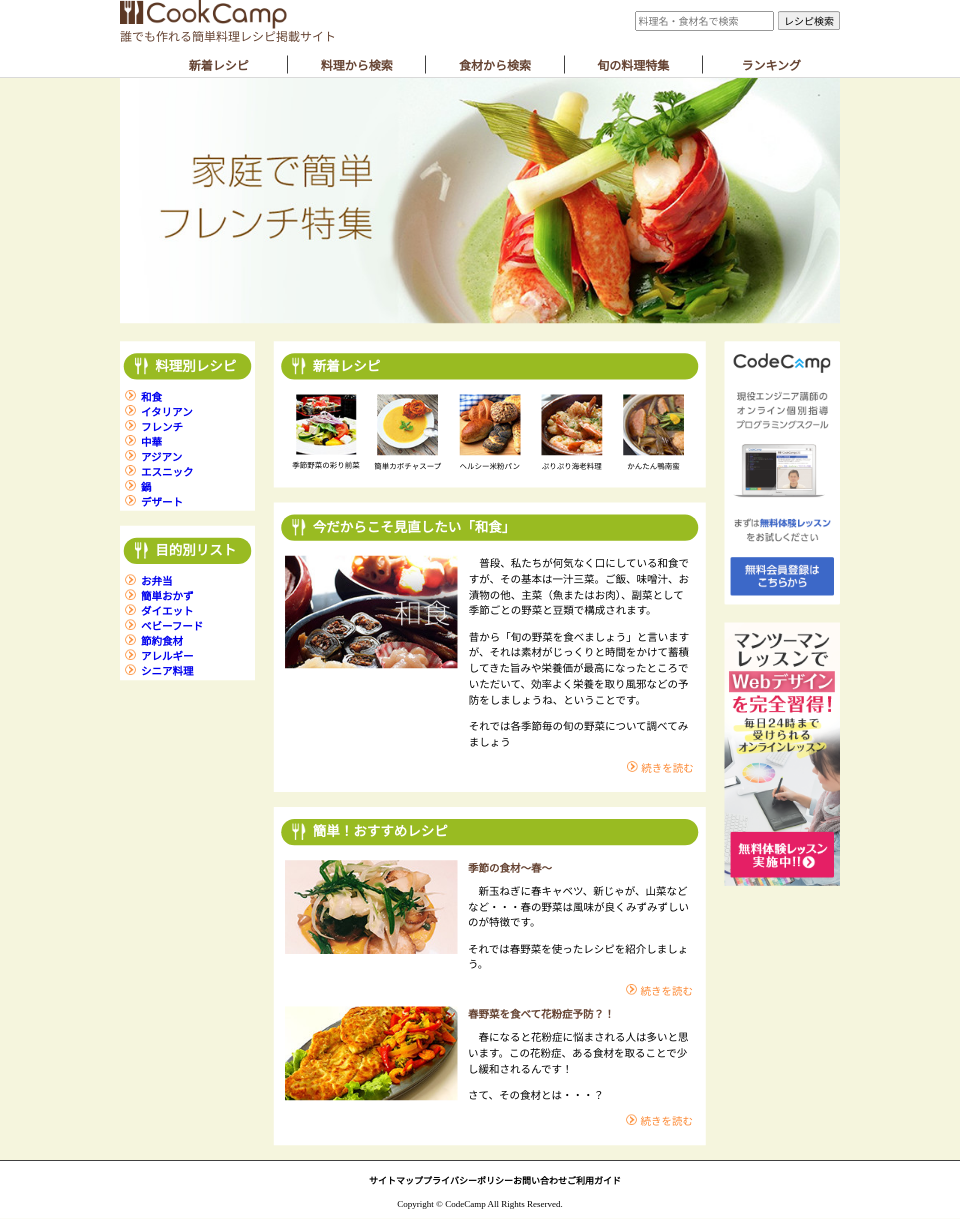
Repository: tomimaler/dc_work_tamachi_inagaki_html
Page: cookcamp/cookcamp.html
The author's editor kept a record of every edit. The page is drawn from the files as they stood at one moment, then again after the next edit.
The browser window is 1280 px wide. The pictures show the whole page, at 75% of full size.

Above is the page before.

After the next edit:
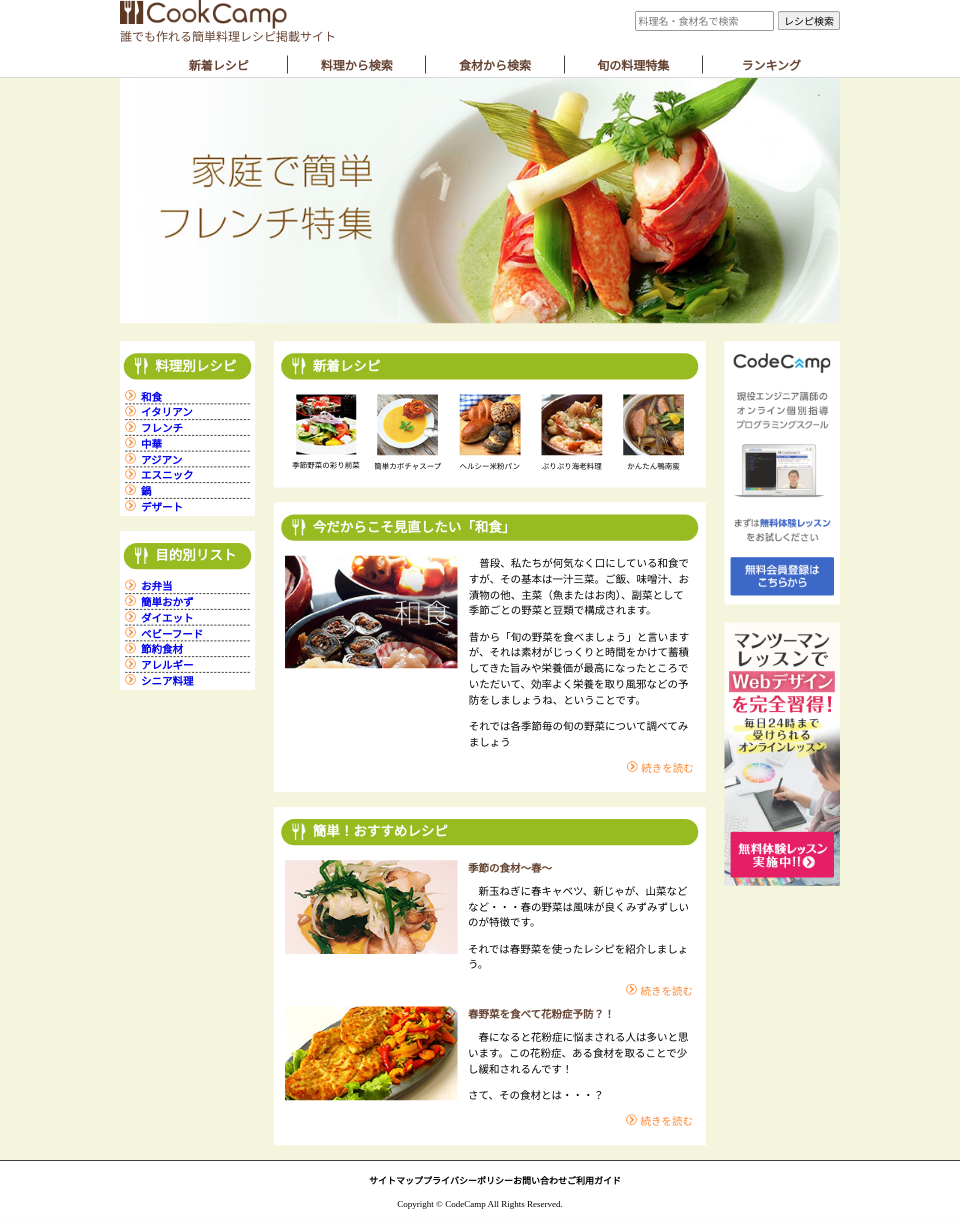
The edit:
--- a/cookcamp/cookcamp.css
+++ b/cookcamp/cookcamp.css
@@ -119,7 +119,7 @@
 
 }
 
-.recipe-list a+ a {
+.recipe-list li+ li {
     border-top:1px dashed;
 }
 
